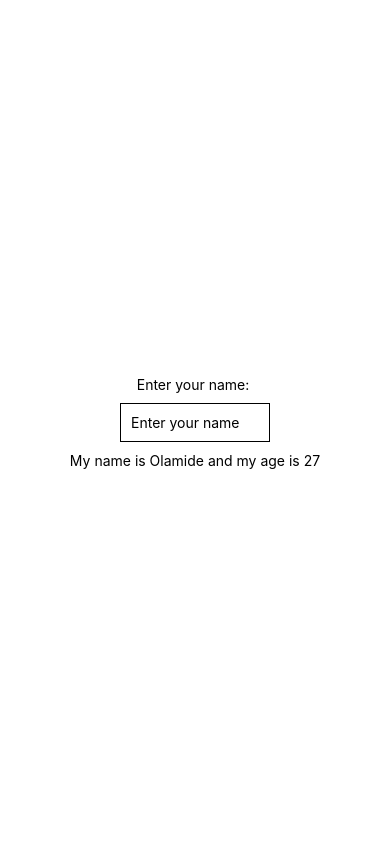
Repository: akinmiday/ReactNativeApp
Screen: /
The author's editor kept a copy of each file at every save. The screen is drawn from the files as they stood at one save, then again after the next save.
The app was drawn by React Native's web renderer in a window 390 px wide. The project was rebuilt for these pictures with package versions that can differ from the ones it lists, and the page was loaded fresh each time.

Above is the screen before, as saved 2023-08-03 07:42:36.

### App.js
import { StatusBar } from "expo-status-bar";
import { useState } from "react";
import { StyleSheet, View, Text, Button, TextInput } from "react-native";

export default function App() {
  const [name, setName] = useState("Olamide");
  const [age, setAge] = useState(27);

  return (
    <View style={styles.container}>
      <Text>Enter your name: </Text>
      <TextInput
        style={styles.input}
        onChangeText={(text) => setName(text)}
        placeholder="Enter your name"
      />
      <Text>
        My name is {name} and my age is {age}
      </Text>
    </View>
  );
}

const styles = StyleSheet.create({
  container: {
    flex: 1,
    backgroundColor: "#fff",
    alignItems: "center",
    justifyContent: "center",
  },
  input: {
    borderColor: "black",
    borderWidth: 1,
    padding: 10,
    margin: 10,
    width: 150,
  },
});

After the next save:
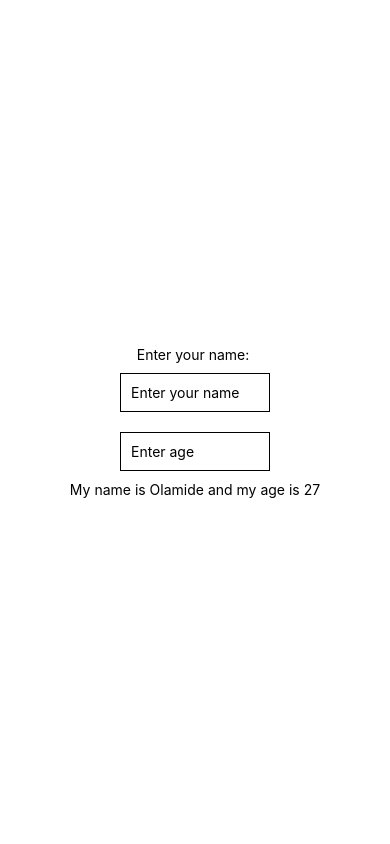
Saved 2 min 1 s later.
--- a/App.js
+++ b/App.js
@@ -13,6 +13,11 @@ export default function App() {
         style={styles.input}
         onChangeText={(text) => setName(text)}
         placeholder="Enter your name"
+      />
+      <TextInput
+        style={styles.input}
+        placeholder="Enter age "
+        onChangeText={(text) => setAge(text)}
       />
       <Text>
         My name is {name} and my age is {age}
